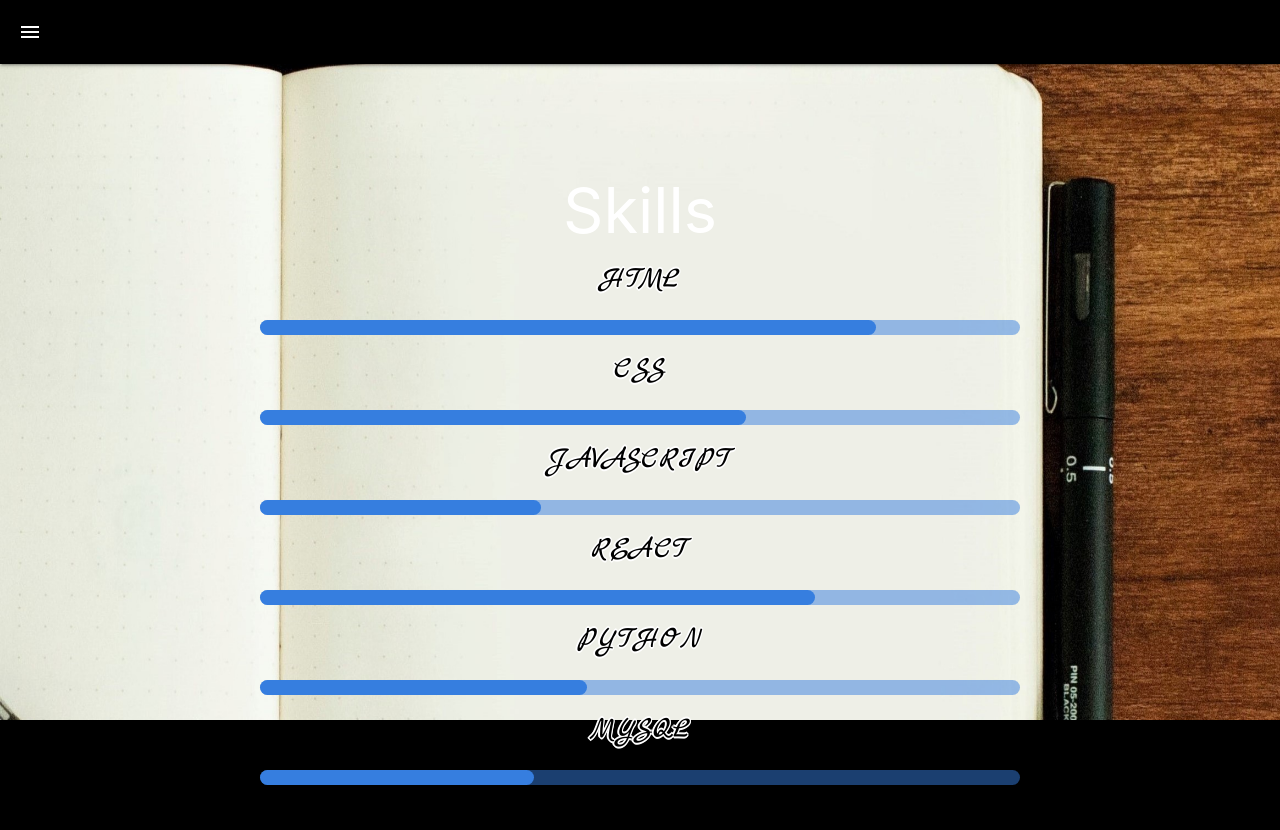
Repository: Ajtheult/portfolio.v3
Page: /skills
The author's editor kept a copy of each file at every save. The page is drawn from the files as they stood at one save, then again after the next save.
The browser window is 1280 px wide. The pictures show the whole page.
Some web fonts or font styles are not loaded; a fallback is used. The project was rebuilt for these pictures with package versions that can differ from the ones it lists, and the page was loaded fresh each time. Also part of the build but not shown: src/components/layout/pages/Home.js, src/components/layout/pages/MyWork.js, src/components/layout/pages/Testimonials.js.

Above is the page before, as saved 2020-07-19 22:04:24.

### public/index.html
<!DOCTYPE html>
<html lang="en">
  <head>
    <meta charset="utf-8" />
    <link rel="icon" href="%PUBLIC_URL%/favicon.ico" />
    <meta name="viewport" content="width=device-width, initial-scale=1" />
    <meta name="theme-color" content="#000000" />
    <meta
      name="description"
      content="Web site created using create-react-app"
    />

    <link rel="manifest" href="%PUBLIC_URL%/manifest.json" />
    <link
      href="https://fonts.googleapis.com/css2?family=Marck+Script&display=swap"
      rel="stylesheet"
    />
    <link
      href="https://fonts.googleapis.com/css2?family=Gruppo&display=swap"
      rel="stylesheet"
    />
    <link rel="manifest" href="%PUBLIC_URL%/manifest.json" />

    <link
      rel="stylesheet"
      href="https://fonts.googleapis.com/icon?family=Material+Icons"
    />

    <link
      rel="stylesheet"
      href="https://use.fontawesome.com/releases/v5.7.2/css/all.css"
      integrity="sha384-fnmOCqbTlWIlj8LyTjo7mOUStjsKC4pOpQbqyi7RrhN7udi9RwhKkMHpvLbHG9Sr"
      crossorigin="anonymous"
    />
    <title>Asaph Franks portfolio</title>
  </head>
  <body>
    <noscript>You need to enable JavaScript to run this app.</noscript>
    <div id="root"></div>
  </body>
</html>

### src/index.js
import React from "react";
import ReactDOM from "react-dom";
import App from "./App";
import "materialize-css/dist/css/materialize.min.css";

ReactDOM.render(
  <React.StrictMode>
    <App />
  </React.StrictMode>,
  document.getElementById("root")
);

### src/App.js
import React from "react";

import { Home } from "./components/layout/pages/Home";
import { Skills } from "./components/layout/pages/Skills";
import { MyWork } from "./components/layout/pages/MyWork";
import { Testimonials } from "./components/layout/pages/Testimonials";
import Navbar from "./components/layout/navbar/Navbar";

import { BrowserRouter as Router, Route, Switch } from "react-router-dom";
import "./App.css";

function App() {
  return (
    <Router>
      <div className="App">
        <Navbar />

        <Switch>
          <Route exact path="/portfolio-v3" component={Home} />
          <Route path="/skills" component={Skills} />
          <Route path="/mywork" component={MyWork} />
          <Route path="/testimonials" component={Testimonials} />
        </Switch>
      </div>
    </Router>
  );
}

export default App;

### src/components/layout/pages/Skills.js
import React from "react";
import "../../../App.css";
import background4 from "../resources/background4.jpg";

export const Skills = () => {
  return (
    <div>
      <div className="bg-color">
        <img src={background4} className="bg" alt="bg" />
      </div>
      <div class="container_properties">
        <h1>Skills</h1>
        <ul>
          <li className="html skills_li skills_text">HTML</li>
          <li className="css skills_li skills_text">CSS</li>
          <li className="js skills_li skills_text">JavaScript</li>
          <li className="react skills_li skills_text">React</li>
          <li className="py skills_li skills_text">Python</li>
          <li className="sql skills_li skills_text">mySQL</li>
        </ul>
      </div>
    </div>
  );
};

### src/components/layout/navbar/Navbar.js
/* eslint-disable no-unused-vars */
import React, { Component } from "react";
import M from "materialize-css/dist/js/materialize.min.js";
import me from "./me.jpg";
import music from "./music.jpg";
import "../../../App.css";
import { Link } from "react-router-dom";

export class Navbar extends Component {
  componentDidMount() {
    document.addEventListener("DOMContentLoaded", function () {
      var elems = document.querySelectorAll(".sidenav");
      var instances = M.Sidenav.init(elems, {});
    });
  }

  render() {
    return (
      <div>
        <nav>
          <div className="nav-wrapper colour">
            <a
              href="#home"
              data-target="slide-out"
              className="sidenav-trigger show-on-large"
            >
              <i className="material-icons">menu</i>
            </a>
          </div>
        </nav>

        <ul id="slide-out" className="sidenav">
          <li>
            <div className="user-view">
              <div className="background">
                <img className="background_img" src={music} alt="img" />
              </div>

              <img className="circle" src={me} alt="img of me" />

              <span className="black-text name move_me">Asaph Franks</span>

              <span className="black-text email  move_me">
                Asaphfranksboi@gmail.com
              </span>
            </div>
            {/* Change font so that the name can be better read */}
          </li>
          <Link to="/portfolio-v3">
            <br />
            <li className="colour_of_nav">Home</li>
          </Link>{" "}
          <br />
          <Link to="/skills">
            <li className="colour_of_nav">Skills</li>
          </Link>
          <br />
          <Link to="/mywork">
            <li className="colour_of_nav">Work</li>
          </Link>
          <br />
          <Link to="/testimonials">
            <li className="colour_of_nav">Testimonials</li>
          </Link>
        </ul>
      </div>
    );
  }
}

export default Navbar;

### src/App.css
.App {
  text-align: center;
}

body {
  background-color: black;
  color: white;
}
.background_img {
  width: 100%;
  height: 100%;
}

.move_me {
  text-align: left;
}

.colour {
  background-color: black;
}

img.bg {
  /* Set rules to fill background */
  min-height: 100%;
  min-width: 1024px;

  /* Set up proportionate scaling */
  width: 100%;
  height: auto;

  /* Set up positioning */
  position: fixed;
  top: 0;
  left: 0;
  z-index: -1;
}

div.admin-bg {
  /* Set up positioning */
  position: fixed;
  top: 0;
  left: 0;
  z-index: -1;
  background-color: black;
}

@media screen and (max-width: 1024px) {
  /* Specific to this particular image */
  img.bg {
    left: 50%;
    margin-left: -512px; /* 50% */
  }
}

.intro_name_top {
  font-family: "Marck Script", cursive;
  font-size: 130px;
  color: black;
  text-shadow: 2px 0 0 #fff, -2px 0 0 #fff, 0 2px 0 #fff, 0 -2px 0 #fff,
    1px 1px #fff, -1px -1px 0 #fff, 1px -1px 0 #fff, -1px 1px 0 #fff;
}
.testimonial_title {
  font-family: "Marck Script", cursive;
  color: black;
  font-size: 80px;
  text-shadow: 2px 0 0 #fff, -2px 0 0 #fff, 0 2px 0 #fff, 0 -2px 0 #fff,
    1px 1px #fff, -1px -1px 0 #fff, 1px -1px 0 #fff, -1px 1px 0 #fff;
}

.intro_name_bottom {
  font-size: 60px;
  color: #000000;
  font-weight: bold;
  text-shadow: 2px 0 0 #fff, -2px 0 0 #fff, 0 2px 0 #fff, 0 -2px 0 #fff,
    1px 1px #fff, -1px -1px 0 #fff, 1px -1px 0 #fff, -1px 1px 0 #fff;
  font-family: "Gruppo", cursive;
}

.logos {
  text-align: left;
  font-size: 30px;
}

.contact-title {
  margin-top: -5px;
  font-family: "Marck Script", cursive;
  font-size: 90px;
  color: black;
  text-shadow: 2px 0 0 #fff, -2px 0 0 #fff, 0 2px 0 #fff, 0 -2px 0 #fff,
    1px 1px #fff, -1px -1px 0 #fff, 1px -1px 0 #fff, -1px 1px 0 #fff;
}

.about-title {
  margin-top: 1px;
  font-family: "Marck Script", cursive;
  font-size: 80px;
  color: black;
  text-shadow: 2px 0 0 #fff, -2px 0 0 #fff, 0 2px 0 #fff, 0 -2px 0 #fff,
    1px 1px #fff, -1px -1px 0 #fff, 1px -1px 0 #fff, -1px 1px 0 #fff;
}

.student_bio {
  margin-top: 2%;
  font-size: 23px;
}

.big_frontend {
  font-size: 40px;
  font-family: "Gruppo", cursive;
}

.move_the_name {
  margin-top: -12px;
  font-size: 20px;
  font-weight: bold;
}

.enlarge_paragraph {
  font-size: 22px;
  font-family: "Times New Roman", Times, serif;
}

.my_info {
  font-size: 30px;
  text-align: left;
  font-family: "Gruppo", cursive;
}

.my_info_2 {
  font-size: 20px;
  text-align: left;
  line-height: 8px;
  font-family: "Times New Roman", Times, serif;
}

.my_info_3 {
  font-size: 25px;
  text-align: left;
  line-height: 8px;
  font-family: "Times New Roman", Times, serif;
}

.black_text {
  color: black;
}

.passion_heading {
  text-align: center;
  font-family: "Marck Script", cursive;
  font-size: 45px;
}

.passion_content {
  font-family: "Gruppo", cursive;
  font-weight: bold;
  line-height: 25px;
}

.margin_on_top {
  margin-top: 1px;
  font-size: 20px;
  font-family: "Marck Script", cursive;
  font-weight: bold;
}

.my_work_desc {
  font-size: 20px;
  font-family: "Times New Roman", Times, serif;
}

.my_work_title {
  font-family: "Gruppo", cursive;
  color: black;
  font-size: 30px;
  text-shadow: 2px 0 0 rgb(0, 0, 0), -2px 0 0 rgb(0, 0, 0), 0 2px 0 #fff,
    0 -2px 0 #fff, 1px 1px #fff, -1px -1px 0 #fff, 1px -1px 0 #fff,
    -1px 1px 0 #fff;
}

.link-size {
  font-size: 40px;
  margin-top: -40px;
  padding: 1%;
  text-align: left;
  margin-left: 60px;
  font-family: "Gruppo", cursive;
  color: blue;
}

.button_margin {
  margin-top: 5px;
}

.work_title {
  font-family: "Marck Script", cursive;
  color: black;
  font-size: 50px;
  text-shadow: 2px 0 0 #fff, -2px 0 0 #fff, 0 2px 0 #fff, 0 -2px 0 #fff,
    1px 1px #fff, -1px -1px 0 #fff, 1px -1px 0 #fff, -1px 1px 0 #fff;
}

.colour_of_nav {
  color: black;
  margin-top: -30px;
}

.style_for_landingpage {
  margin-left: 15.5%;
  margin-top: 6%;
  position: absolute;
  padding: 50px;
  width: 70%;
  transform: "translate(-50%, -50%)";
}

.skills_li {
  position: relative;
  list-style: none;
  margin: 50px 0;
  font-weight: 500;
  text-transform: uppercase;
}

.skills_li:before {
  content: "";
  position: absolute;
  top: calc(100% + 10px);
  left: 0;
  width: 100%;
  height: 15px;
  background-color: rgba(54, 126, 223, 0.5);
  border-radius: 1000px;
}

.skills_li:after {
  content: "";
  position: absolute;
  top: calc(100% + 10px);
  left: 0;
  width: 0;
  height: 15px;
  background-color: rgba(54, 126, 223, 1);
  border-radius: 1000px;
  animation-duration: 0.7s;
  animation-timing-function: ease;
  animation-fill-mode: forwards;
}

.html:after {
  animation-name: html;
}

@keyframes html {
  to {
    width: 81%;
  }
}

.css:after {
  animation-name: css;
}

@keyframes css {
  to {
    width: 64%;
  }
}

.js:after {
  animation-name: js;
}

@keyframes js {
  to {
    width: 37%;
  }
}

.py:after {
  animation-name: py;
}

@keyframes py {
  to {
    width: 43%;
  }
}

.sql:after {
  animation-name: sql;
}

@keyframes sql {
  to {
    width: 36%;
  }
}

.react:after {
  animation-name: react;
}

@keyframes react {
  to {
    width: 73%;
  }
}

.skills_text {
  font-family: "Marck Script", cursive;
  color: black;
  font-size: 30px;
  text-shadow: 1px 0 0 #fff, -2px 0 0 #fff, 0 2px 0 #fff, 0 -2px 0 #fff,
    1px 1px #fff, -1px -1px 0 #fff, 1px -1px 0 #fff, -1px 1px 0 #fff;
  margin-top: -20px;
}

.container_properties {
  width: 800px;
  margin: 50px auto 0;
  padding: 20px;
  line-height: 60px;
}

After the next save:
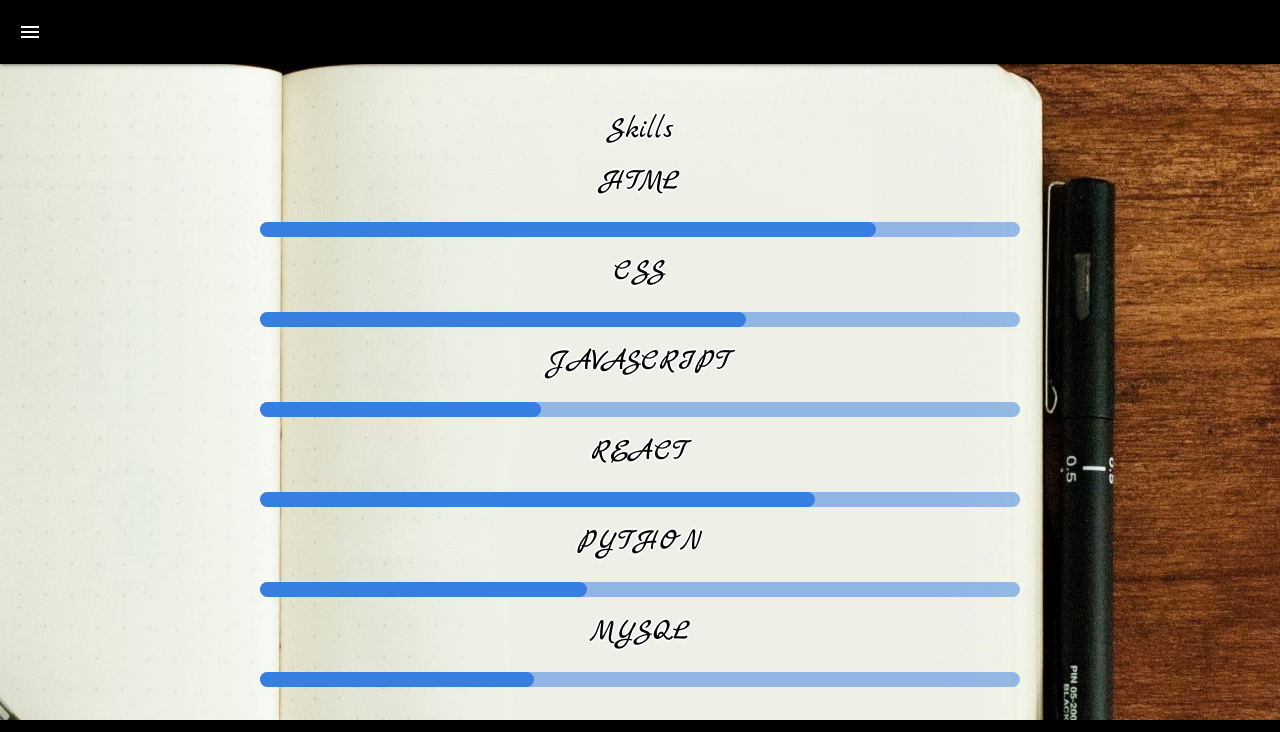
Saved 22 s later.
--- a/src/components/layout/pages/Skills.js
+++ b/src/components/layout/pages/Skills.js
@@ -9,7 +9,7 @@ export const Skills = () => {
         <img src={background4} className="bg" alt="bg" />
       </div>
       <div class="container_properties">
-        <h1>Skills</h1>
+        <h1 className="skills_text">Skills</h1>
         <ul>
           <li className="html skills_li skills_text">HTML</li>
           <li className="css skills_li skills_text">CSS</li>
